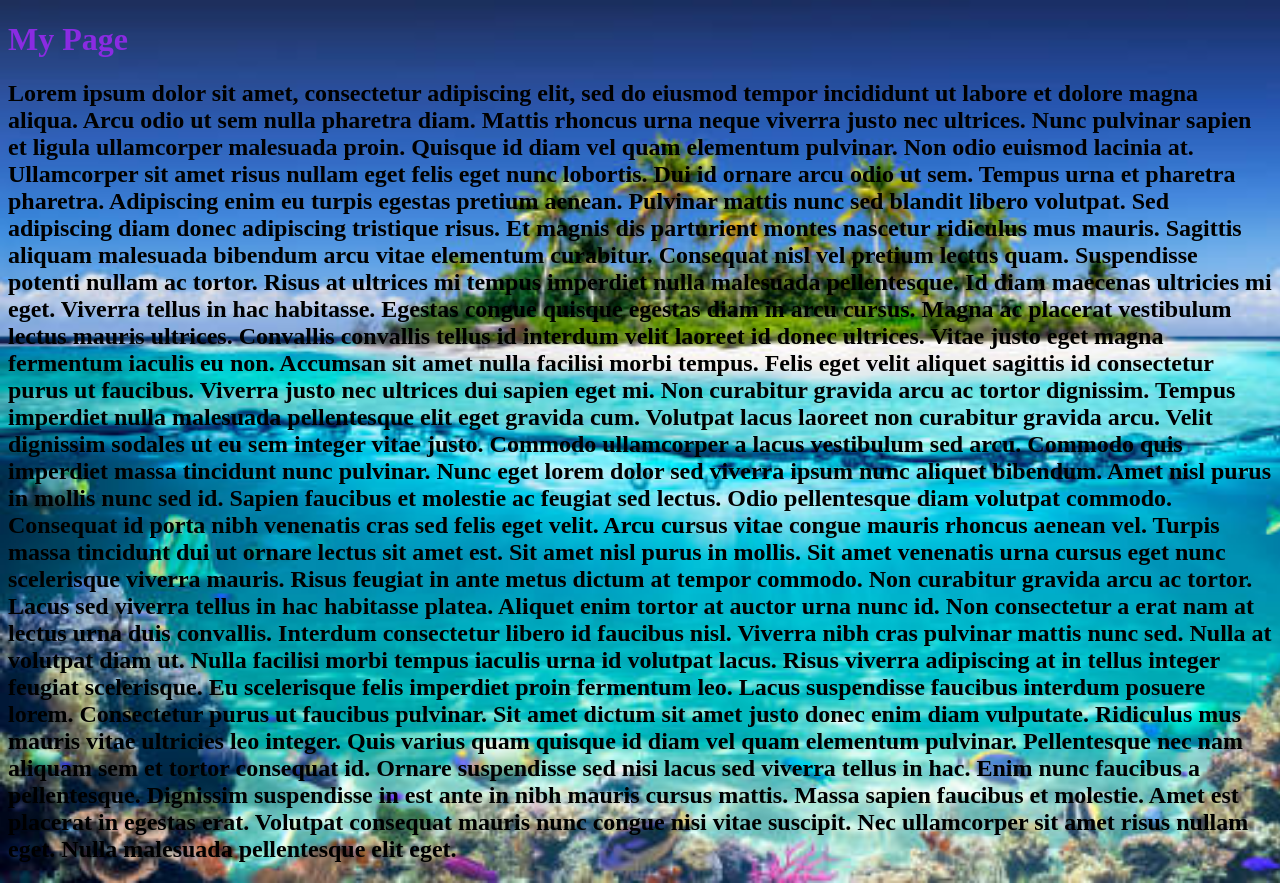
Repository: MelindaN14/My-Personal-Website
Page: portfolio.html
The author's editor kept a copy of each file at every save. The page is drawn from the files as they stood at one save, then again after a run of saves.
The browser window is 1280 px wide. The pictures show the whole page.

Above is the page before, as saved 2024-03-18 21:24:18.

After the next 2 saves:
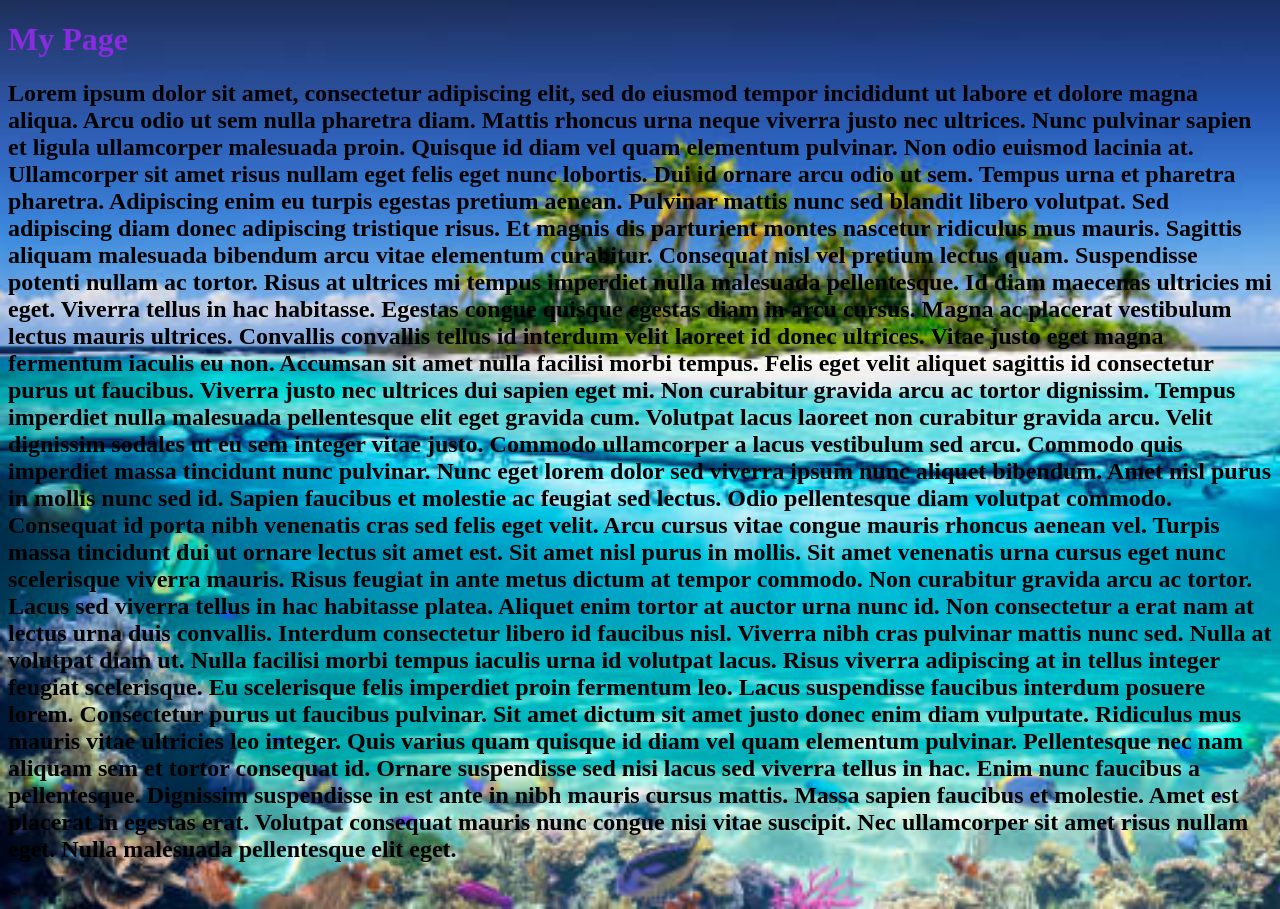
The 2 saves are shown as one change because they came seconds apart.
The last was saved 18 s later.
--- a/portfolio.html
+++ b/portfolio.html
@@ -17,5 +17,7 @@
 Risus feugiat in ante metus dictum at tempor commodo. Non curabitur gravida arcu ac tortor. Lacus sed viverra tellus in hac habitasse platea. Aliquet enim tortor at auctor urna nunc id. Non consectetur a erat nam at lectus urna duis convallis. Interdum consectetur libero id faucibus nisl. Viverra nibh cras pulvinar mattis nunc sed. Nulla at volutpat diam ut. Nulla facilisi morbi tempus iaculis urna id volutpat lacus. Risus viverra adipiscing at in tellus integer feugiat scelerisque.
 
 Eu scelerisque felis imperdiet proin fermentum leo. Lacus suspendisse faucibus interdum posuere lorem. Consectetur purus ut faucibus pulvinar. Sit amet dictum sit amet justo donec enim diam vulputate. Ridiculus mus mauris vitae ultricies leo integer. Quis varius quam quisque id diam vel quam elementum pulvinar. Pellentesque nec nam aliquam sem et tortor consequat id. Ornare suspendisse sed nisi lacus sed viverra tellus in hac. Enim nunc faucibus a pellentesque. Dignissim suspendisse in est ante in nibh mauris cursus mattis. Massa sapien faucibus et molestie. Amet est placerat in egestas erat. Volutpat consequat mauris nunc congue nisi vitae suscipit. Nec ullamcorper sit amet risus nullam eget. Nulla malesuada pellentesque elit eget.</h2>
+
+<
 </body>
 </html>

After the save that followed:
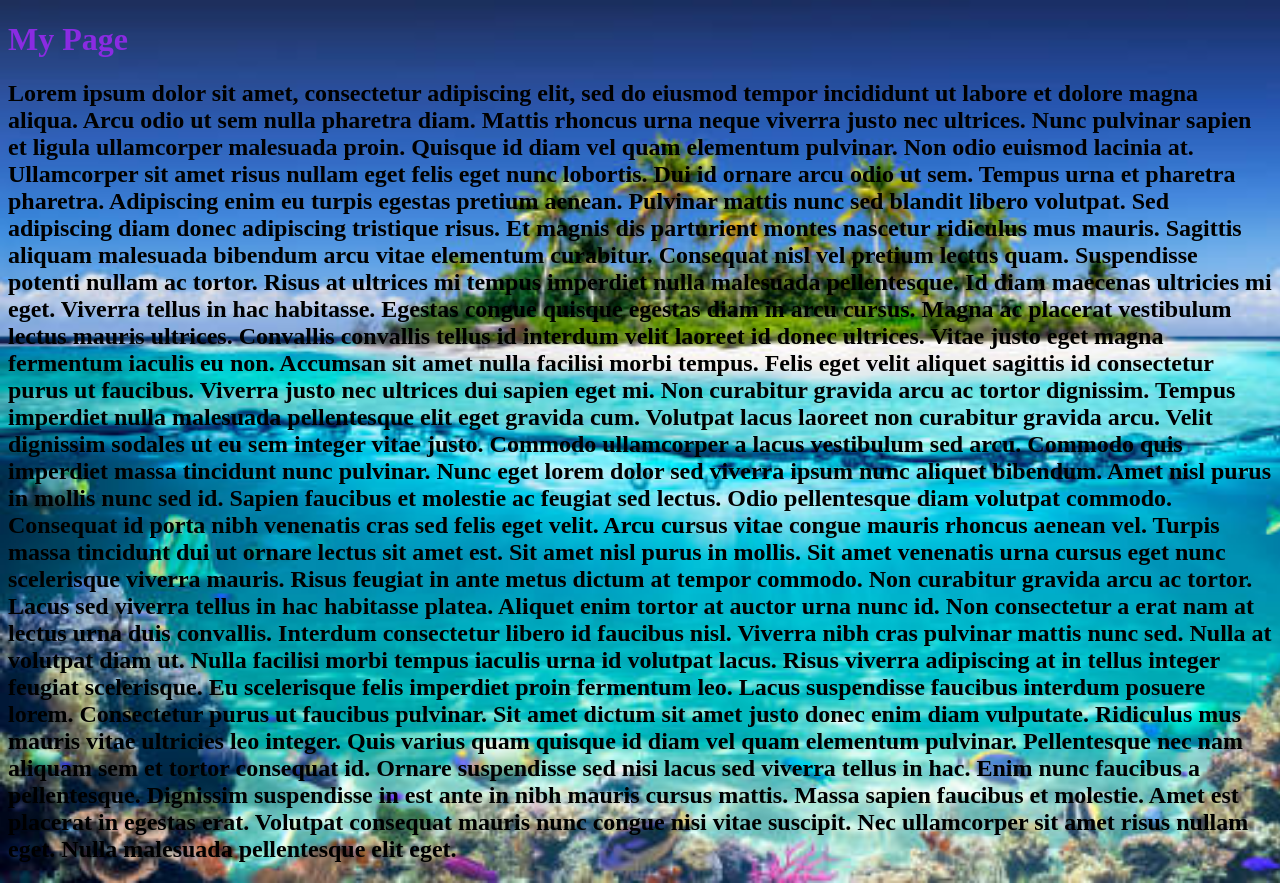
Saved 10 s later.
--- a/portfolio.html
+++ b/portfolio.html
@@ -18,6 +18,8 @@
 
 Eu scelerisque felis imperdiet proin fermentum leo. Lacus suspendisse faucibus interdum posuere lorem. Consectetur purus ut faucibus pulvinar. Sit amet dictum sit amet justo donec enim diam vulputate. Ridiculus mus mauris vitae ultricies leo integer. Quis varius quam quisque id diam vel quam elementum pulvinar. Pellentesque nec nam aliquam sem et tortor consequat id. Ornare suspendisse sed nisi lacus sed viverra tellus in hac. Enim nunc faucibus a pellentesque. Dignissim suspendisse in est ante in nibh mauris cursus mattis. Massa sapien faucibus et molestie. Amet est placerat in egestas erat. Volutpat consequat mauris nunc congue nisi vitae suscipit. Nec ullamcorper sit amet risus nullam eget. Nulla malesuada pellentesque elit eget.</h2>
 
-<
+<ul>
+
+</ul>
 </body>
 </html>
